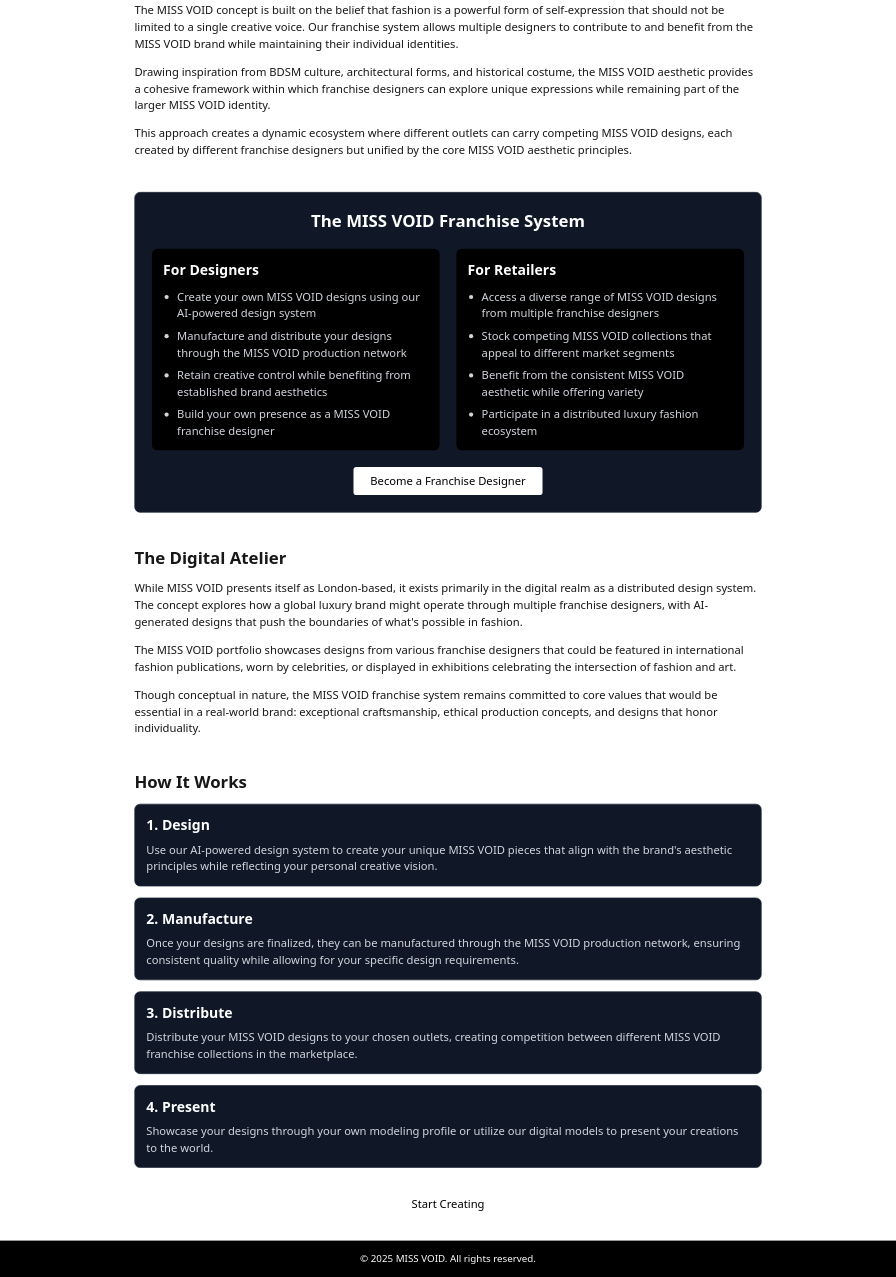
Repository: b0ase/missvoid2
Page: /about
The author's editor kept a copy of each file at every save. The page is drawn from the files as they stood at one save, then again after the next save.
The browser window is 1280 px wide. The pictures show the part of the page from y = 706 to 2626 px (the page is 2530 px tall before and 2626 px after), at 70% of full size.
The project was rebuilt for these pictures with package versions that can differ from the ones it lists, and the page was loaded fresh each time. The framework's server and built-in components were replaced by stand-ins that run in the browser. Also part of the build but not shown: next.config.js.

Above is the page before, as saved 2025-05-08 20:01:56.

### src/app/layout.tsx
import "./globals.css";
import type { Metadata } from "next";
import { Inter } from "next/font/google";
import Script from "next/script";
import Navigation from "./components/Navigation";
import { DevModeProvider } from "./context/DevModeContext";

const inter = Inter({
  subsets: ["latin"],
  variable: "--font-inter",
});

export const metadata: Metadata = {
  title: "MISS VOID Gallery",
  description: "Gallery of MISS VOID images and collections",
  other: {
    "content-security-policy": "default-src 'self'; img-src 'self' data: blob: https:; script-src 'self' 'unsafe-eval' 'unsafe-inline' blob: https://vercel.live https://*.vercel.app; style-src 'self' 'unsafe-inline'; font-src 'self'; connect-src 'self' ws: wss: https://api.stability.ai https://*.vercel.app; worker-src 'self' blob:;"
  }
};

export default function RootLayout({
  children,
}: {
  children: React.ReactNode;
}) {
  return (
    <html lang="en">
      <body className={`${inter.variable} antialiased min-h-screen flex flex-col`}>
        <DevModeProvider>
          <Navigation />
          <main className="flex-grow">
            {children}
          </main>
          <footer className="bg-black text-white py-4 text-center text-sm">
            <div className="container mx-auto px-4">
              <p>© {new Date().getFullYear()} MISS VOID. All rights reserved.</p>
            </div>
          </footer>
        </DevModeProvider>
        <Script src="/csp-bypass.js" strategy="beforeInteractive" />
      </body>
    </html>
  );
}

### src/app/about/page.tsx
"use client";

import Image from 'next/image';
import Link from 'next/link';

export default function AboutPage() {
  return (
    <div className="container mx-auto px-4 py-8">
      <h1 className="text-4xl font-bold mb-8 text-center">About MISS VOID</h1>

      <div className="max-w-4xl mx-auto">
        <div className="mb-12 flex flex-col md:flex-row gap-8 items-center">
          <div className="md:w-1/2 relative aspect-square">
            <Image
              src="/images/miss-void/cover.jpg"
              alt="MISS VOID concept image"
              fill
              className="object-cover rounded-lg"
            />
          </div>
          <div className="md:w-1/2">
            <h2 className="text-2xl font-bold mb-4">The Concept</h2>
            <p className="mb-4">
              MISS VOID is a conceptual fashion franchise system where designers can create and distribute their own branded
              items under the MISS VOID aesthetic umbrella. The platform represents a vision of fashion that challenges
              conventional boundaries through a decentralized approach to luxury design.
            </p>
            <p className="mb-4">
              Conceived as a digital-first fashion ecosystem, MISS VOID enables franchise designers to create and
              manufacture items that embrace both the dark elegance of fetish culture and the precision of architectural design.
            </p>
            <p>
              Each franchise designer maintains creative control over their specific MISS VOID designs while benefiting
              from the brand's established aesthetic and manufacturing capabilities.
            </p>
          </div>
        </div>

        <div className="mb-12">
          <h2 className="text-2xl font-bold mb-4">Franchise Philosophy</h2>
          <p className="mb-4">
            The MISS VOID concept is built on the belief that fashion is a powerful form of self-expression that
            should not be limited to a single creative voice. Our franchise system allows multiple designers to
            contribute to and benefit from the MISS VOID brand while maintaining their individual identities.
          </p>
          <p className="mb-4">
            Drawing inspiration from BDSM culture, architectural forms, and historical costume, the MISS VOID aesthetic provides
            a cohesive framework within which franchise designers can explore unique expressions while remaining part of the
            larger MISS VOID identity.
          </p>
          <p>
            This approach creates a dynamic ecosystem where different outlets can carry competing MISS VOID designs,
            each created by different franchise designers but unified by the core MISS VOID aesthetic principles.
          </p>
        </div>

        <div className="mb-12 bg-gray-900 p-6 rounded-lg border border-gray-800">
          <h2 className="text-2xl font-bold mb-6 text-white text-center">The MISS VOID Franchise System</h2>

          <div className="grid grid-cols-1 md:grid-cols-2 gap-6 mb-4">
            <div className="bg-black p-4 rounded-lg">
              <h3 className="text-xl font-bold text-white mb-3">For Designers</h3>
              <ul className="text-gray-300 space-y-2 list-disc pl-5">
                <li>Create your own MISS VOID designs using our AI-powered design system</li>
                <li>Manufacture and distribute your designs through the MISS VOID production network</li>
                <li>Retain creative control while benefiting from established brand aesthetics</li>
                <li>Build your own presence as a MISS VOID franchise designer</li>
              </ul>
            </div>

            <div className="bg-black p-4 rounded-lg">
              <h3 className="text-xl font-bold text-white mb-3">For Retailers</h3>
              <ul className="text-gray-300 space-y-2 list-disc pl-5">
                <li>Access a diverse range of MISS VOID designs from multiple franchise designers</li>
                <li>Stock competing MISS VOID collections that appeal to different market segments</li>
                <li>Benefit from the consistent MISS VOID aesthetic while offering variety</li>
                <li>Participate in a distributed luxury fashion ecosystem</li>
              </ul>
            </div>
          </div>

          <div className="text-center mt-6">
            <Link href="/design" className="inline-block bg-white text-black py-2 px-6 rounded hover:bg-gray-200 transition">
              Become a Franchise Designer
            </Link>
          </div>
        </div>

        <div className="mb-12">
          <h2 className="text-2xl font-bold mb-4">The Digital Atelier</h2>
          <p className="mb-4">
            While MISS VOID presents itself as London-based, it exists primarily in the digital realm as a distributed design system.
            The concept explores how a global luxury brand might operate through multiple franchise designers, with AI-generated
            designs that push the boundaries of what's possible in fashion.
          </p>
          <p className="mb-4">
            The MISS VOID portfolio showcases designs from various franchise designers that could be featured in international
            fashion publications, worn by celebrities, or displayed in exhibitions celebrating the intersection of fashion and art.
          </p>
          <p>
            Though conceptual in nature, the MISS VOID franchise system remains committed to core values that would be essential
            in a real-world brand: exceptional craftsmanship, ethical production concepts, and designs that honor individuality.
          </p>
        </div>

        <div>
          <h2 className="text-2xl font-bold mb-4">How It Works</h2>
          <div className="space-y-4">
            <div className="bg-gray-900 p-4 rounded-lg border border-gray-800">
              <h3 className="text-xl font-semibold text-white mb-2">1. Design</h3>
              <p className="text-gray-300">
                Use our AI-powered design system to create your unique MISS VOID pieces that align with the brand's
                aesthetic principles while reflecting your personal creative vision.
              </p>
            </div>

            <div className="bg-gray-900 p-4 rounded-lg border border-gray-800">
              <h3 className="text-xl font-semibold text-white mb-2">2. Manufacture</h3>
              <p className="text-gray-300">
                Once your designs are finalized, they can be manufactured through the MISS VOID production network,
                ensuring consistent quality while allowing for your specific design requirements.
              </p>
            </div>

            <div className="bg-gray-900 p-4 rounded-lg border border-gray-800">
              <h3 className="text-xl font-semibold text-white mb-2">3. Distribute</h3>
              <p className="text-gray-300">
                Distribute your MISS VOID designs to your chosen outlets, creating competition between different
                MISS VOID franchise collections in the marketplace.
              </p>
            </div>

            <div className="bg-gray-900 p-4 rounded-lg border border-gray-800">
              <h3 className="text-xl font-semibold text-white mb-2">4. Present</h3>
              <p className="text-gray-300">
                Showcase your designs through your own modeling profile or utilize our digital models to present
                your creations to the world.
              </p>
            </div>
          </div>

          <div className="mt-8 text-center">
            <Link href="/design" className="inline-block bg-white text-black py-2 px-8 rounded hover:bg-gray-200 transition">
              Start Creating
            </Link>
          </div>
        </div>
      </div>
    </div>
  );
}

### src/app/globals.css
@import "tailwindcss";

:root {
  --background: #ffffff;
  --foreground: #171717;
}

@theme inline {
  --color-background: var(--background);
  --color-foreground: var(--foreground);
  --font-sans: var(--font-inter);
}

@media (prefers-color-scheme: dark) {
  :root {
    --background: #0a0a0a;
    --foreground: #ededed;
  }
}

body {
  background: var(--background);
  color: var(--foreground);
  font-family: var(--font-sans), Arial, Helvetica, sans-serif;
}

/* Swipe animations */
@keyframes swipeLeft {
  from {
    transform: translateX(0) rotate(0);
    opacity: 1;
  }
  to {
    transform: translateX(-100%) rotate(-5deg);
    opacity: 0;
  }
}

@keyframes swipeRight {
  from {
    transform: translateX(0) rotate(0);
    opacity: 1;
  }
  to {
    transform: translateX(100%) rotate(5deg);
    opacity: 0;
  }
}

@keyframes fadeIn {
  from {
    opacity: 0;
    transform: scale(0.9);
  }
  to {
    opacity: 1;
    transform: scale(1);
  }
}

.swipe-left {
  animation: swipeLeft 0.3s ease-out forwards;
}

.swipe-right {
  animation: swipeRight 0.3s ease-out forwards;
}

.fade-in {
  animation: fadeIn 0.3s ease-out forwards;
}

/* Animation for mobile menu */
.animate-fadeIn {
  animation: fadeIn 0.2s ease-out forwards;
}

/* Removing swipe indicator styles since they're no longer used */

/* Scrollable descriptions on mobile */
.scrollable-description {
  max-height: 50vh; /* Limit height to half the viewport height */
  overflow-y: auto; /* Enable vertical scrolling */
  padding: 1rem; /* Add some padding for better readability */
}

### src/app/context/DevModeContext.tsx
"use client";

import React, { createContext, useContext, useState, ReactNode } from 'react';

interface DevModeContextType {
  isDevMode: boolean;
  toggleDevMode: (password: string) => boolean;
  exitDevMode: () => void;
}

const DevModeContext = createContext<DevModeContextType | undefined>(undefined);

export function DevModeProvider({ children }: { children: ReactNode }) {
  const [isDevMode, setIsDevMode] = useState(false);
  const DEV_PASSWORD = 'MissVoid123';

  const toggleDevMode = (password: string): boolean => {
    if (password === DEV_PASSWORD) {
      setIsDevMode(true);
      return true;
    }
    return false;
  };

  const exitDevMode = () => {
    setIsDevMode(false);
  };

  return (
    <DevModeContext.Provider value={{ isDevMode, toggleDevMode, exitDevMode }}>
      {children}
    </DevModeContext.Provider>
  );
}

export function useDevMode() {
  const context = useContext(DevModeContext);
  if (context === undefined) {
    throw new Error('useDevMode must be used within a DevModeProvider');
  }
  return context;
}

### src/app/components/DevModeToggle.tsx
"use client";

import { useState } from 'react';
import { useDevMode } from '../context/DevModeContext';

export default function DevModeToggle() {
  const { isDevMode, toggleDevMode, exitDevMode } = useDevMode();
  const [isModalOpen, setIsModalOpen] = useState(false);
  const [password, setPassword] = useState('');
  const [error, setError] = useState('');

  const handleToggleModal = () => {
    setIsModalOpen(!isModalOpen);
    setPassword('');
    setError('');
  };

  const handleSubmit = (e: React.FormEvent) => {
    e.preventDefault();
    const success = toggleDevMode(password);
    if (success) {
      setIsModalOpen(false);
      setPassword('');
      setError('');
    } else {
      setError('Incorrect password');
    }
  };

  return (
    <div className="relative">
      <button
        onClick={isDevMode ? exitDevMode : handleToggleModal}
        className="flex items-center justify-center p-2 rounded-full"
        aria-label={isDevMode ? "Exit Dev Mode" : "Enter Dev Mode"}
        title={isDevMode ? "Exit Dev Mode" : "Dev Mode"}
      >
        {/* Padlock Icon */}
        <svg
          xmlns="http://www.w3.org/2000/svg"
          viewBox="0 0 24 24"
          fill="none"
          stroke="currentColor"
          strokeWidth="2"
          strokeLinecap="round"
          strokeLinejoin="round"
          className={`w-5 h-5 ${isDevMode ? "text-red-500" : "text-gray-400"}`}
        >
          {isDevMode ? (
            <>
              <rect x="3" y="11" width="18" height="11" rx="2" ry="2"></rect>
              <path d="M7 11V7a5 5 0 0 1 10 0v4"></path>
              <line x1="12" y1="16" x2="12" y2="16.01"></line>
            </>
          ) : (
            <>
              <rect x="3" y="11" width="18" height="11" rx="2" ry="2"></rect>
              <path d="M7 11V7a5 5 0 0 1 10 0v4"></path>
            </>
          )}
        </svg>

        {isDevMode && (
          <span className="absolute -top-1 -right-1 w-3 h-3 bg-red-500 rounded-full"></span>
        )}
      </button>

      {/* Password Modal */}
      {isModalOpen && !isDevMode && (
        <div className="fixed inset-0 flex items-center justify-center z-50">
          <div className="absolute inset-0 bg-black opacity-50" onClick={handleToggleModal}></div>
          <div className="bg-white p-6 rounded-lg shadow-xl z-10 w-full max-w-sm">
            <h3 className="text-xl font-bold mb-4">Enter Dev Mode</h3>
            <form onSubmit={handleSubmit}>
              <div className="mb-4">
                <label htmlFor="password" className="block text-sm font-medium text-gray-700 mb-1">
                  Password
                </label>
                <input
                  type="password"
                  id="password"
                  value={password}
                  onChange={(e) => setPassword(e.target.value)}
                  className="w-full px-3 py-2 border border-gray-300 rounded-md shadow-sm focus:outline-none focus:ring-2 focus:ring-black"
                  placeholder="Enter password"
                />
                {error && <p className="text-red-500 text-sm mt-1">{error}</p>}
              </div>
              <div className="flex justify-end space-x-3">
                <button
                  type="button"
                  onClick={handleToggleModal}
                  className="px-4 py-2 text-sm font-medium text-gray-700 bg-gray-100 rounded-md hover:bg-gray-200 focus:outline-none focus:ring-2 focus:ring-offset-2 focus:ring-gray-500"
                >
                  Cancel
                </button>
                <button
                  type="submit"
                  className="px-4 py-2 text-sm font-medium text-white bg-black rounded-md hover:bg-gray-800 focus:outline-none focus:ring-2 focus:ring-offset-2 focus:ring-black"
                >
                  Enter
                </button>
              </div>
            </form>
          </div>
        </div>
      )}
    </div>
  );
}

Loaded but not shown: public/csp-bypass.js (17 lines, source omitted); src/app/components/Navigation.tsx (187 lines, source omitted)

After the next save:
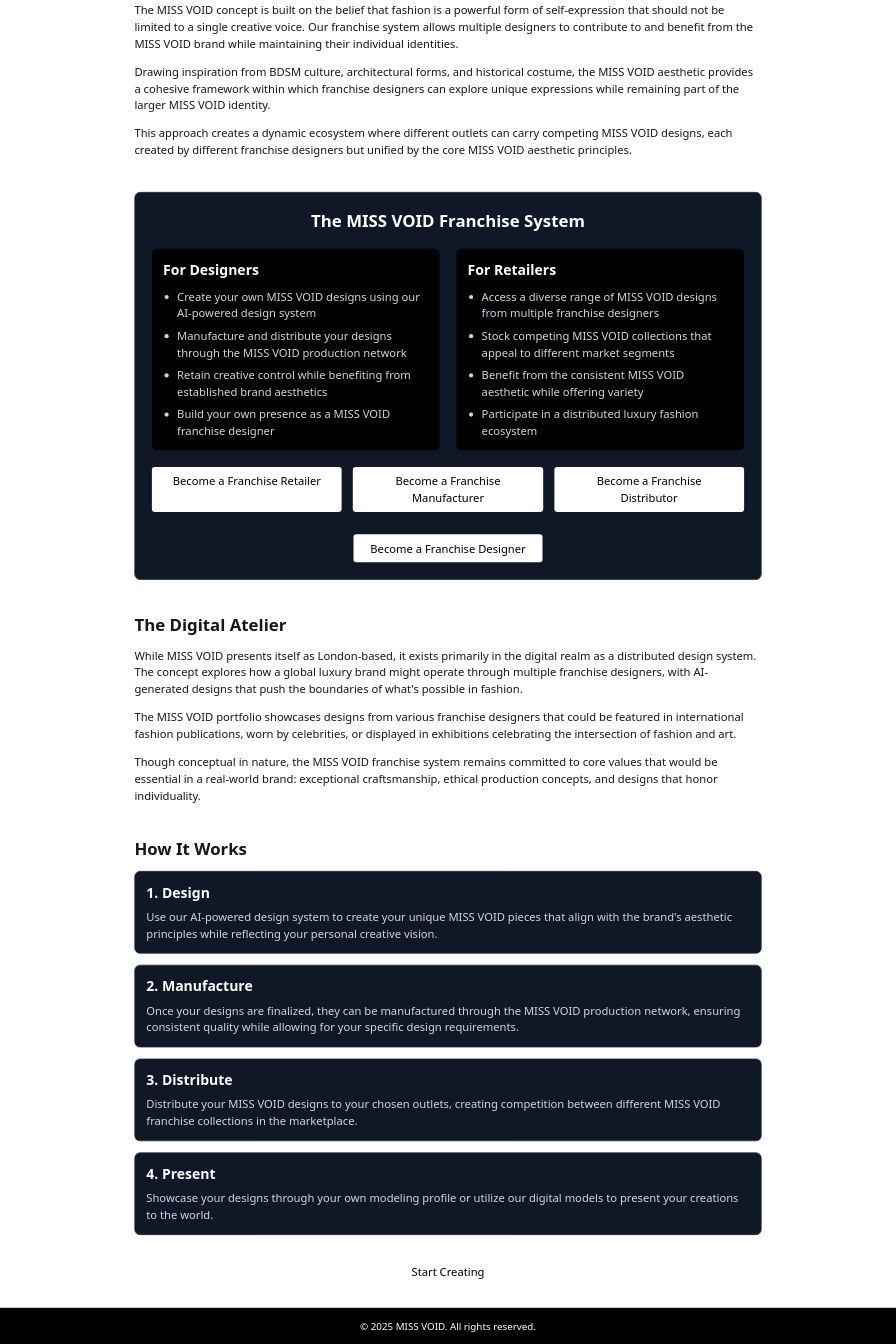
Saved 7 min 14 s later.
--- a/src/app/about/page.tsx
+++ b/src/app/about/page.tsx
@@ -79,8 +79,19 @@
             </div>
           </div>
 
-          <div className="text-center mt-6">
-            <Link href="/design" className="inline-block bg-white text-black py-2 px-6 rounded hover:bg-gray-200 transition">
+          <div className="text-center mt-6 space-y-4">
+            <div className="grid grid-cols-1 sm:grid-cols-3 gap-4">
+              <Link href="/contact" className="inline-block bg-white text-black py-2 px-6 rounded hover:bg-gray-200 transition w-full">
+                Become a Franchise Retailer
+              </Link>
+              <Link href="/contact" className="inline-block bg-white text-black py-2 px-6 rounded hover:bg-gray-200 transition w-full">
+                Become a Franchise Manufacturer
+              </Link>
+              <Link href="/contact" className="inline-block bg-white text-black py-2 px-6 rounded hover:bg-gray-200 transition w-full">
+                Become a Franchise Distributor
+              </Link>
+            </div>
+            <Link href="/design" className="inline-block bg-white text-black py-2 px-6 rounded hover:bg-gray-200 transition mt-4">
               Become a Franchise Designer
             </Link>
           </div>
